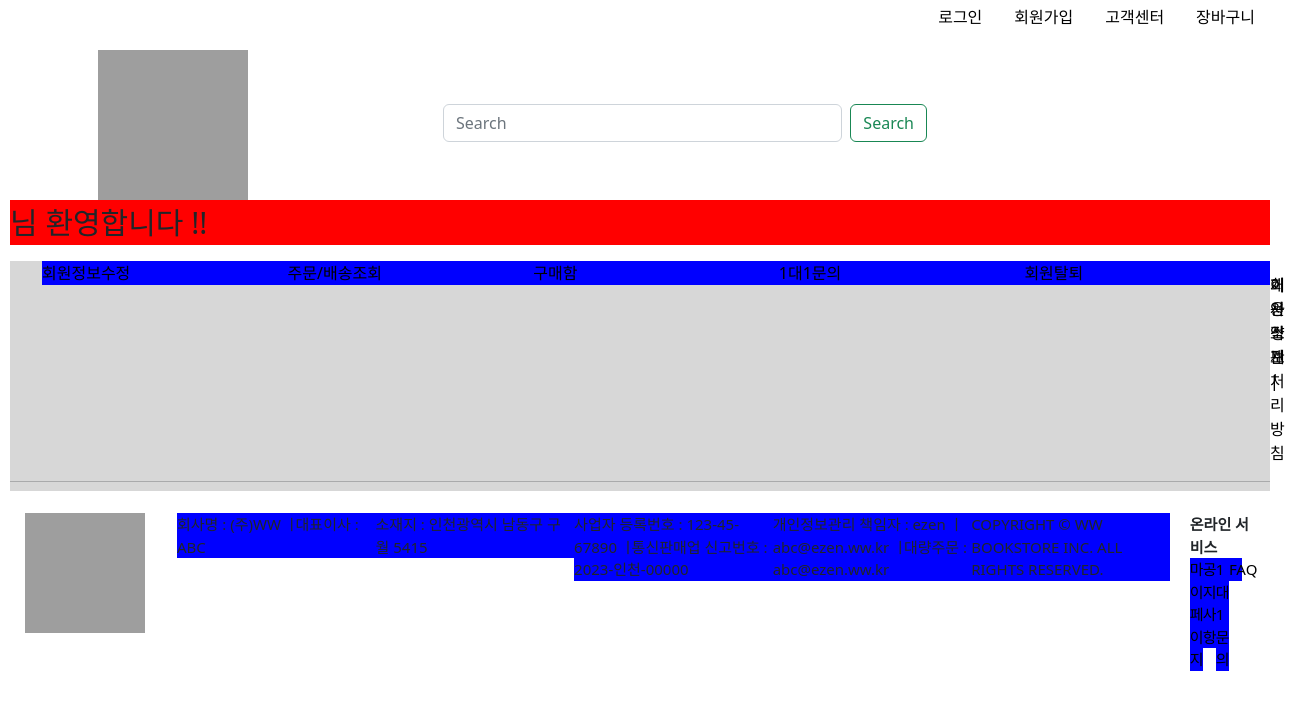
Repository: leehyeonung/project4
Page: http://localhost/book/WEB-INF/views/member/mypage.jsp
These files come from the project's save history. The page is drawn as it stood at one moment and after the next save; the edit follows.
The browser window is 1280 px wide. The page is 1285 px wide, then 1292 px, so the pictures cover 1292 px, including what lies to the right of the window. The pictures show the whole page.
Pictures or frames that could not be fetched are drawn as grey boxes. The page is served by Tomcat 9. Nobody is signed in. The template is opened directly, without the code that normally fills it, so the values that code supplies are empty.

Above is the page before, as saved 2023-01-06 02:42:35.

After the next save:
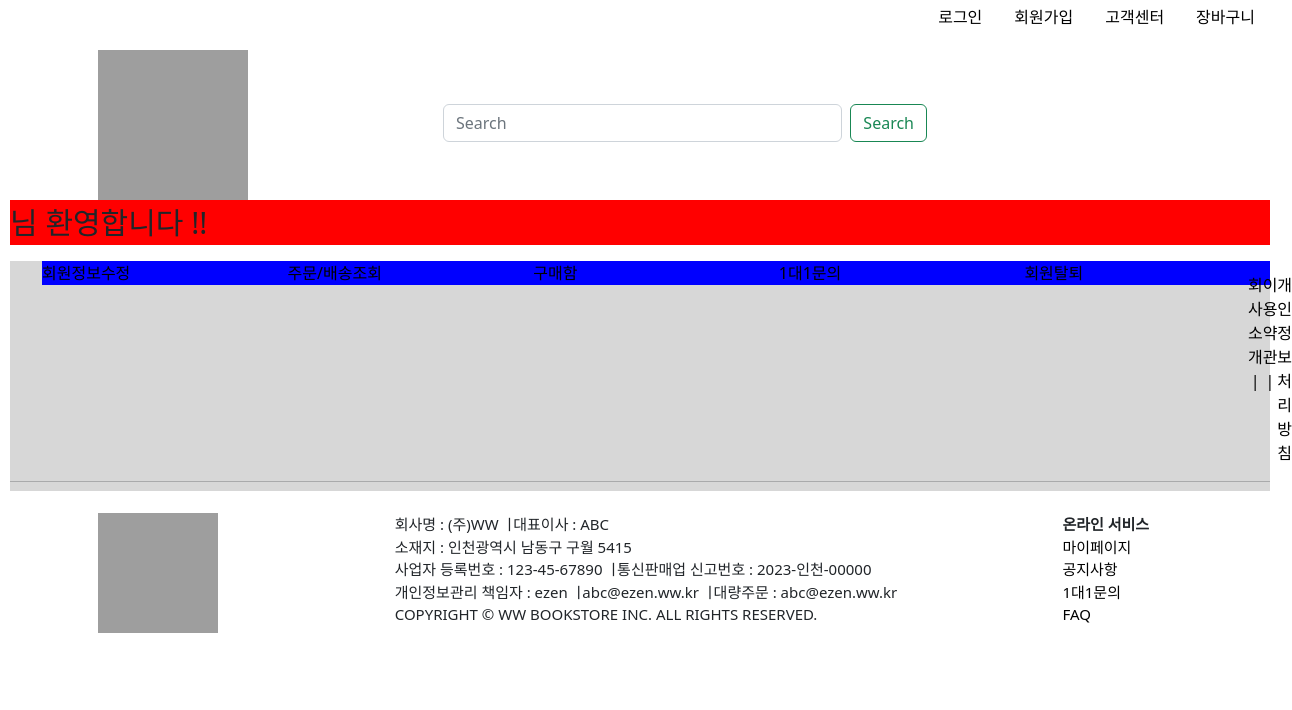
Saved 19 s later.
--- a/book/src/main/webapp/resources/css/mypage.css
+++ b/book/src/main/webapp/resources/css/mypage.css
@@ -17,7 +17,7 @@
 .information{
 	background-color : red;
 }
-li{
+.select>ul>li{
     display: inline-block;
 	float : left;
 	width : 20%;
